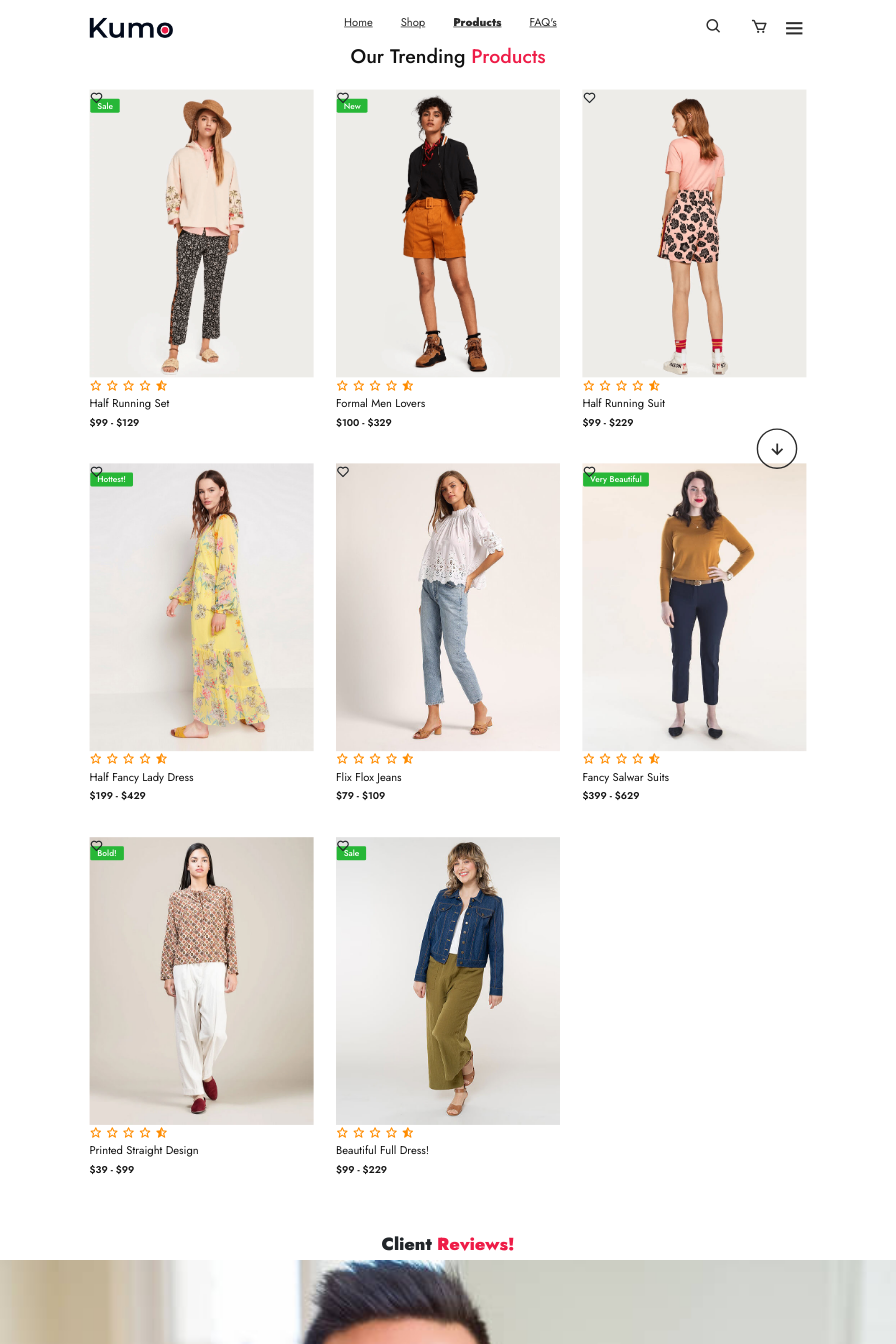
Repository: isaacCodes1/Kumo-Website.
Page: products.html
An editor plug-in stored every save of this project. The page is shown before and after the next save, followed by the edit.
The browser window is 1280 px wide. The pictures show the part of the page from y = 0 to 1920 px (the page is 4021 px tall), at 70% of full size.

Above is the page before, as saved 2024-03-26 11:10:53.

After the next save:
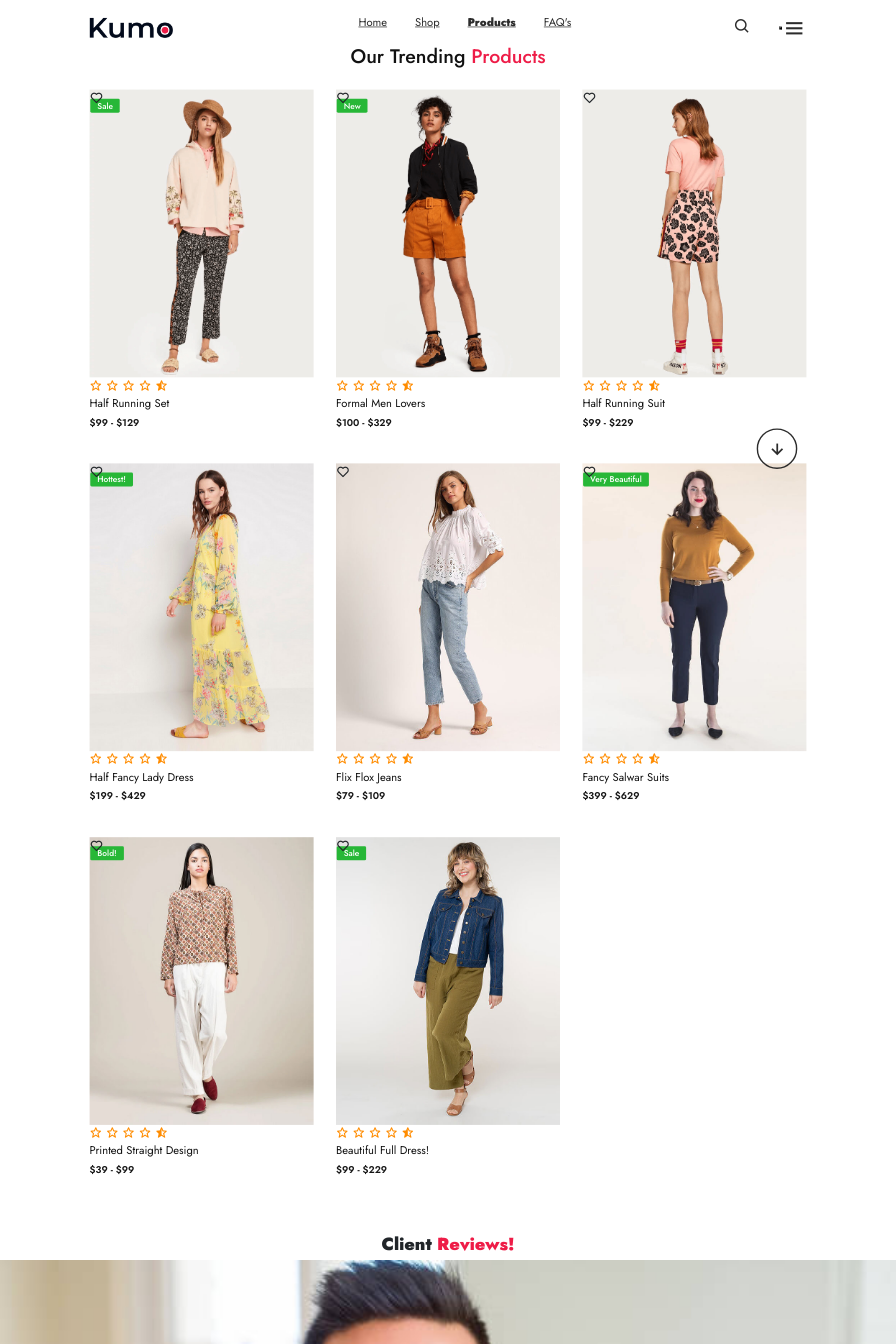
Saved 58 s later.
--- a/products.html
+++ b/products.html
@@ -47,7 +47,7 @@
       <div class="nav-icon">
         <a href="#"><i class="bx bx-search"></i></a>
         <a href="form.html"><i class="bx bx-button"></i></a>
-        <a href="shop.html"><i class="bx bx-cart"></i></a>
+        <button></button>
         <div class="bx bx-menu" id="menu-icon"></div>
       </div>
     </header>

After the save that followed:
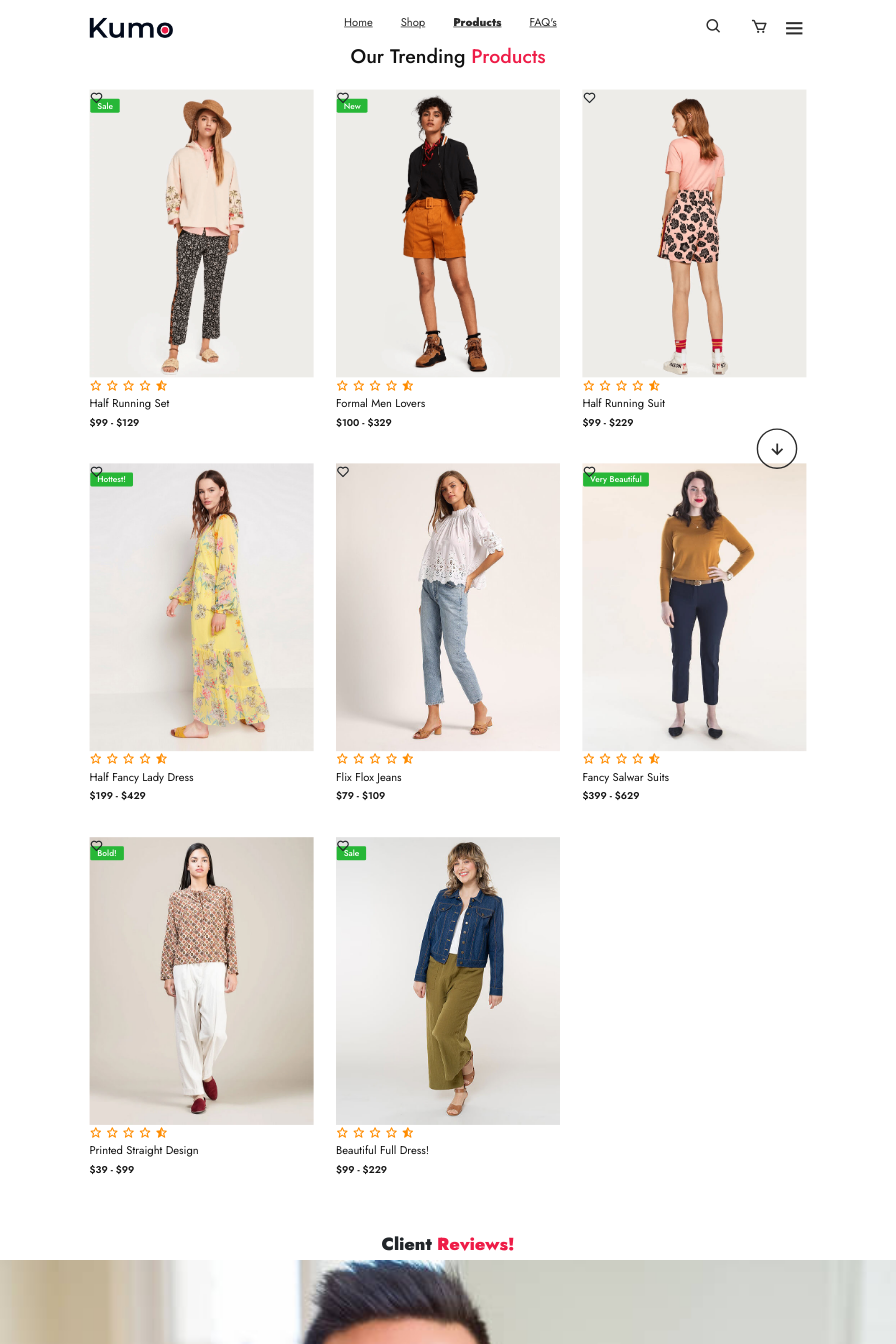
Saved 13 s later.
--- a/products.html
+++ b/products.html
@@ -47,7 +47,7 @@
       <div class="nav-icon">
         <a href="#"><i class="bx bx-search"></i></a>
         <a href="form.html"><i class="bx bx-button"></i></a>
-        <button></button>
+        <a href="shop.html"><i class="bx bx-cart"></i></a>
         <div class="bx bx-menu" id="menu-icon"></div>
       </div>
     </header>
